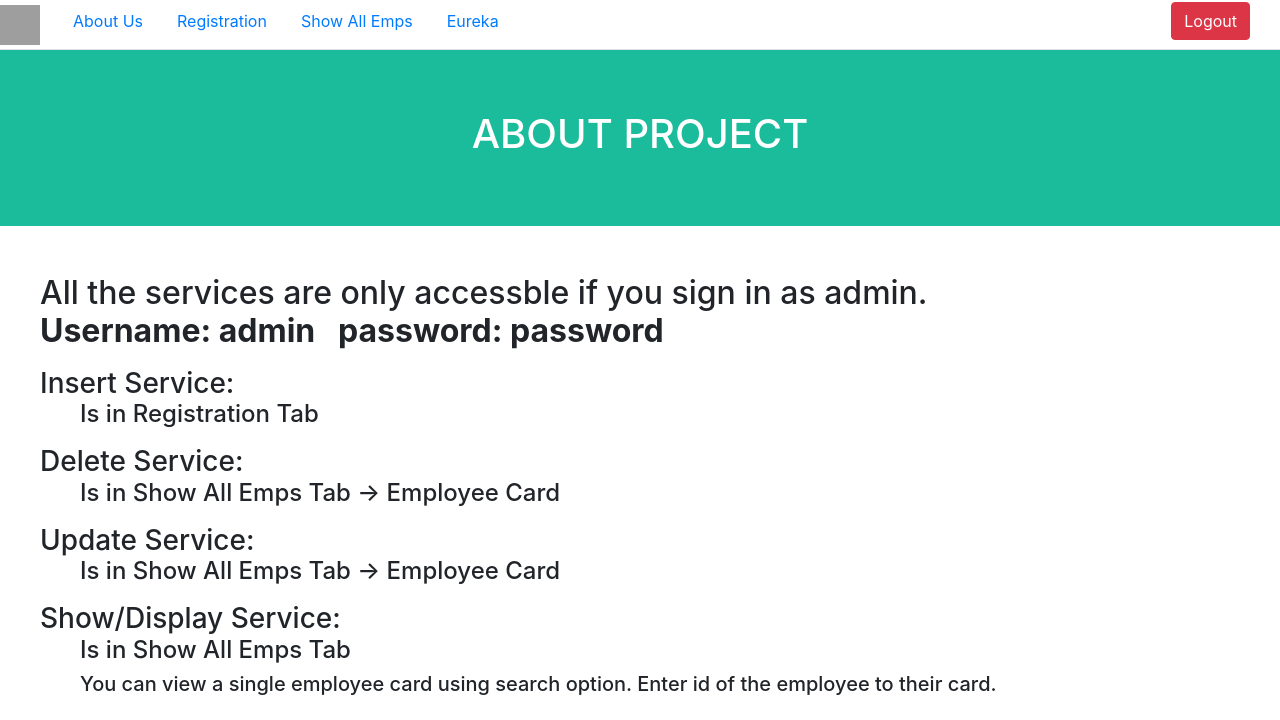
Repository: Shwetank-Chaudhary/EmployeeManagement-
Page: HomePage/src/main/webapp/AboutUs.html
An editor plug-in stored every save of this project. The page is shown before and after the next save, followed by the edit.
The browser window is 1280 px wide. The pictures show the whole page.
Pictures or frames that could not be fetched are drawn as grey boxes.

Above is the page before, as saved 2024-01-01 17:20:27.

After the next save:
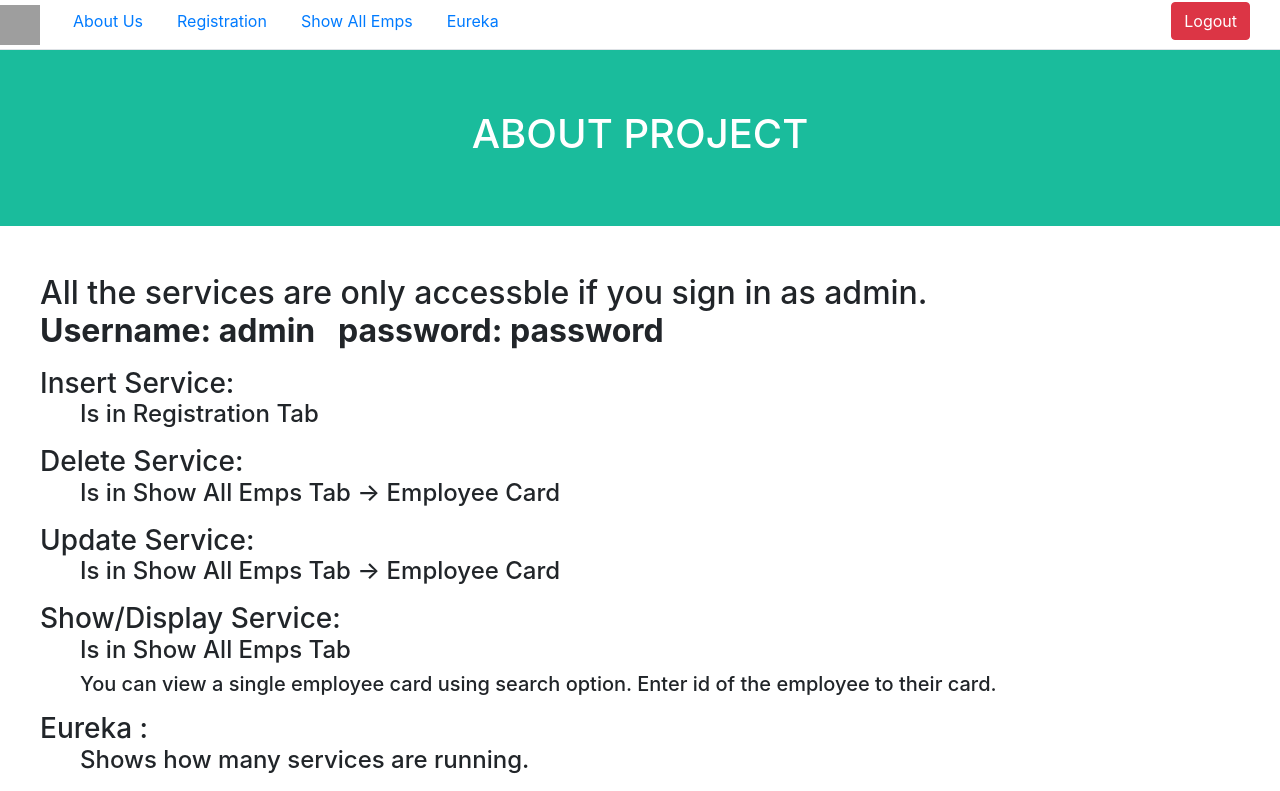
Saved 2 min 3 s later.
--- a/HomePage/src/main/webapp/AboutUs.html
+++ b/HomePage/src/main/webapp/AboutUs.html
@@ -76,6 +76,11 @@
 			<h4><ul>Is in Show All Emps Tab </ul></h4>
 			<h5><ul>You can view a single employee card using search option. Enter id of the employee to their card.</ul></h5>
 		</h3>
+
+		<h3>
+			<ul>Eureka :
+			<h4><ul>Shows how many services are running.</ul></h4>
+		</h3>
 		</div>
 
 </body>
